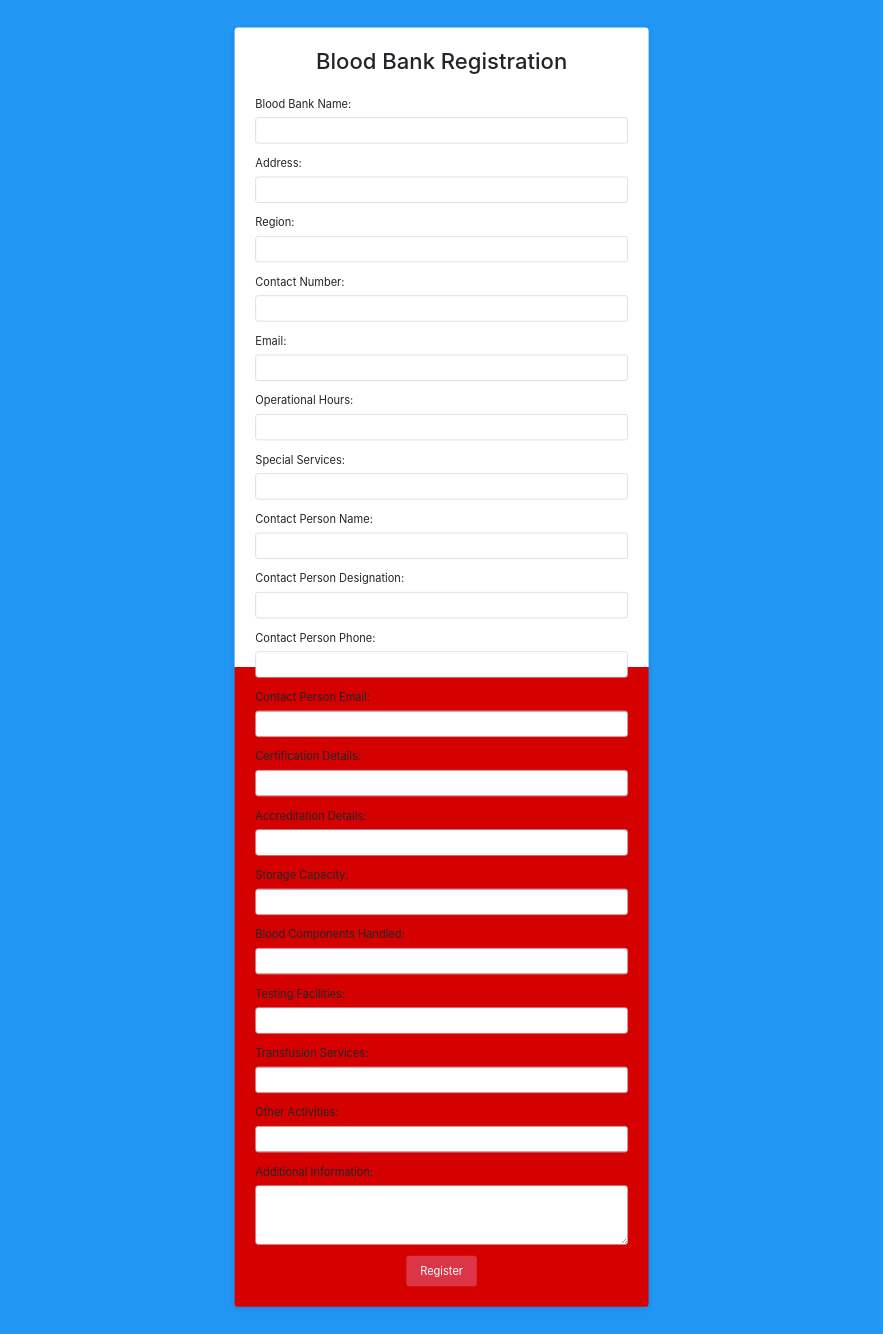
Repository: omi4535/Decentralized_Blood_Bank_System
Page: http://localhost/blood_bank_system/registration.jsp
An editor plug-in stored every save of this project. The page is shown before and after the next save, followed by the edit.
The browser window is 1280 px wide. The pictures show the whole page, at 69% of full size.
Some web libraries are served in a nearby version. The page is served by Tomcat 9. Other server files are loaded and not shown.

Above is the page before, as saved 2023-07-03 07:55:15.

### blood bank system/src/main/webapp/registration.jsp
<%@ page language="java" contentType="text/html; charset=UTF-8"
    pageEncoding="UTF-8"%>
<!DOCTYPE html>
<html lang="en">

<head>
  <meta charset="UTF-8">
  <meta name="viewport" content="width=device-width, initial-scale=1.0">
  <title>Blood Bank Registration</title>
  <link rel="stylesheet" href="https://stackpath.bootstrapcdn.com/bootstrap/4.5.0/css/bootstrap.min.css">
  <style>
    body {
     background-color: #2196F3;
    }

    .container {
      max-width: 600px;
      margin: 40px auto;
      background: linear-gradient(to bottom, #FFFFFF, #FFFFFF 50%, #D50000 50%);

      padding: 30px;
      border-radius: 5px;
      box-shadow: 0px 2px 10px rgba(0, 0, 0, 0.1);
    }

    h2 {
      margin-bottom: 30px;
      text-align: center;
    }

    .btn-register {
      background-color: #dc3545;
      border: none;
      padding: 10px 20px;
    }

    .btn-register:hover {
      background-color: #c82333;
    }
    .form{
    	background-color:#D50000;
    }
  </style>
</head>

<body>
  <div class="container" >
    <h2>Blood Bank Registration</h2>
    <form >
      <div class="form-group">
        <label for="name">Blood Bank Name:</label>
        <input type="text" class="form-control" id="name" required>
      </div>
      <div class="form-group">
        <label for="address">Address:</label>
        <input type="text" class="form-control" id="address" required>
      </div>
      <div class="form-group">
        <label for="region">Region:</label>
        <input type="text" class="form-control" id="region" required>
      </div>
      <div class="form-group">
        <label for="contactNumber">Contact Number:</label>
        <input type="tel" class="form-control" id="contactNumber" required>
      </div>
      <div class="form-group">
        <label for="email">Email:</label>
        <input type="email" class="form-control" id="email" required>
      </div>
      <div class="form-group">
        <label for="operationalHours">Operational Hours:</label>
        <input type="text" class="form-control" id="operationalHours" required>
      </div>
      <div class="form-group">
        <label for="specialServices">Special Services:</label>
        <input type="text" class="form-control" id="specialServices" required>
      </div>
      <div class="form-group">
        <label for="contactPersonName">Contact Person Name:</label>
        <input type="text" class="form-control" id="contactPersonName" required>
      </div>
      <div class="form-group">
        <label for="contactPersonDesignation">Contact Person Designation:</label>
        <input type="text" class="form-control" id="contactPersonDesignation" required>
      </div>
      <div class="form-group">
        <label for="contactPersonPhone">Contact Person Phone:</label>
        <input type="tel" class="form-control" id="contactPersonPhone" required>
      </div>
      <div class="form-group">
        <label for="contactPersonEmail">Contact Person Email:</label>
        <input type="email" class="form-control" id="contactPersonEmail" required>
      </div>
      <div class="form-group">
        <label for="certificationDetails">Certification Details:</label>
        <input type="text" class="form-control" id="certificationDetails" required>
      </div>
      <div class="form-group">
        <label for="accreditationDetails">Accreditation Details:</label>
        <input type="text" class="form-control" id="accreditationDetails" required>
      </div>
      <div class="form-group">
        <label for="storageCapacity">Storage Capacity:</label>
        <input type="number" class="form-control" id="storageCapacity" required>
      </div>
      <div class="form-group">
        <label for="bloodComponentsHandled">Blood Components Handled:</label>
        <input type="text" class="form-control" id="bloodComponentsHandled" required>
      </div>
      <div class="form-group">
        <label for="testingFacilities">Testing Facilities:</label>
        <input type="text" class="form-control" id="testingFacilities" required>
      </div>
      <div class="form-group">
        <label for="transfusionServices">Transfusion Services:</label>
        <input type="text" class="form-control" id="transfusionServices" required>
      </div>
      <div class="form-group">
        <label for="otherActivities">Other Activities:</label>
        <input type="text" class="form-control" id="otherActivities" required>
      </div>
      <div class="form-group">
        <label for="additionalInformation">Additional Information:</label>
        <textarea class="form-control" id="additionalInformation" rows="3"></textarea>
      </div>
      <div class="text-center">
        <button type="submit" class="btn btn-register text-white">Register</button>
      </div>
    </form>
  </div>

  <script src="https://code.jquery.com/jquery-3.5.1.slim.min.js"></script>
  <script src="https://cdn.jsdelivr.net/npm/@popperjs/core@2.5.3/dist/umd/popper.min.js"></script>
  <script src="https://stackpath.bootstrapcdn.com/bootstrap/4.5.0/js/bootstrap.min.js"></script>
</body>

</html>

After the next save:
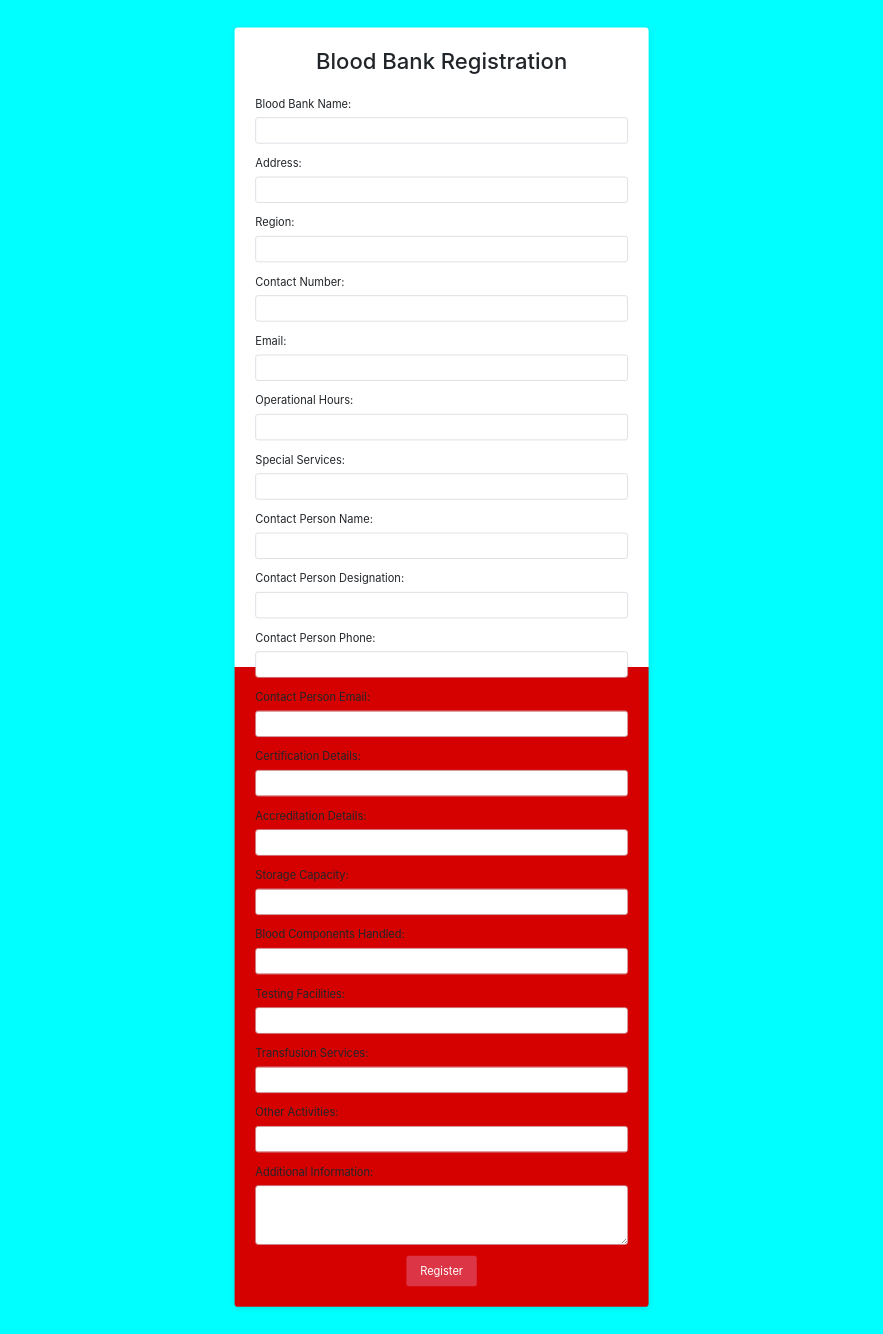
Saved 9 s later.
--- a/blood bank system/src/main/webapp/registration.jsp
+++ b/blood bank system/src/main/webapp/registration.jsp
@@ -10,7 +10,7 @@
   <link rel="stylesheet" href="https://stackpath.bootstrapcdn.com/bootstrap/4.5.0/css/bootstrap.min.css">
   <style>
     body {
-     background-color: #2196F3;
+     background-color: aqua;
     }
 
     .container {
